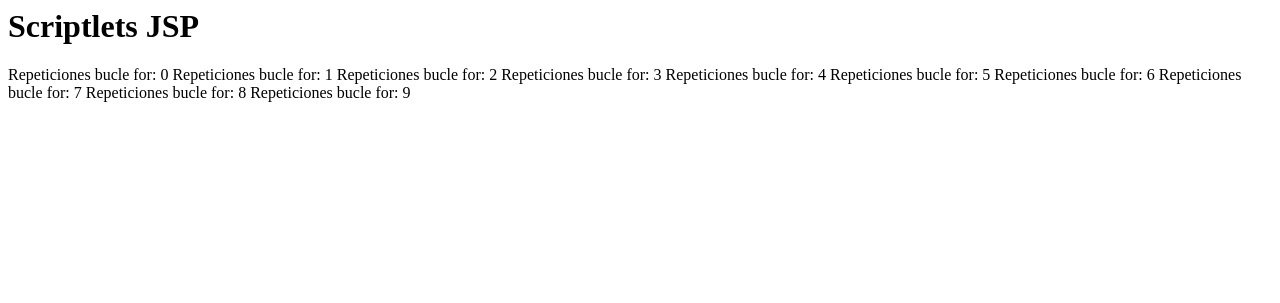
Repository: daniunizar/TrasteoBBDDJson
Page: http://localhost/jsp01/03scriptlets.jsp
The author's editor kept a copy of each file at every save. The page is drawn from the files as they stood at one save, then again after the next save.
The browser window is 1280 px wide. The pictures show the whole page.
The page is served by Tomcat 9. Other server files are loaded and not shown.

Above is the page before, as saved 2021-09-01 14:43:37.

### jsp01/src/main/webapp/03scriptlets.jsp
<html>
<body>
<h1>Scriptlets JSP</h1>
<%
	for(int i=0; i<10; i++){
		out.println("Repeticiones bucle for: "+i);
	}

%>
</body>
</html>

After the next save:
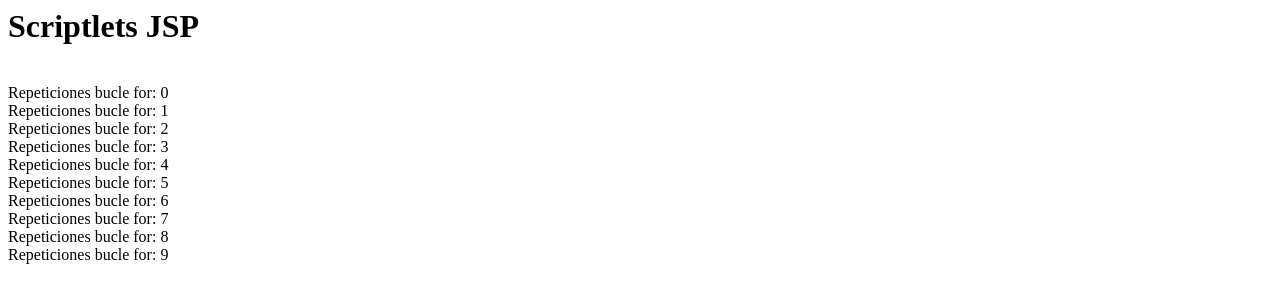
Saved 82 s later.
--- a/jsp01/src/main/webapp/03scriptlets.jsp
+++ b/jsp01/src/main/webapp/03scriptlets.jsp
@@ -3,7 +3,7 @@
 <h1>Scriptlets JSP</h1>
 <%
 	for(int i=0; i<10; i++){
-		out.println("Repeticiones bucle for: "+i);
+		out.println("<br/>Repeticiones bucle for: "+i);
 	}
 
 %>
